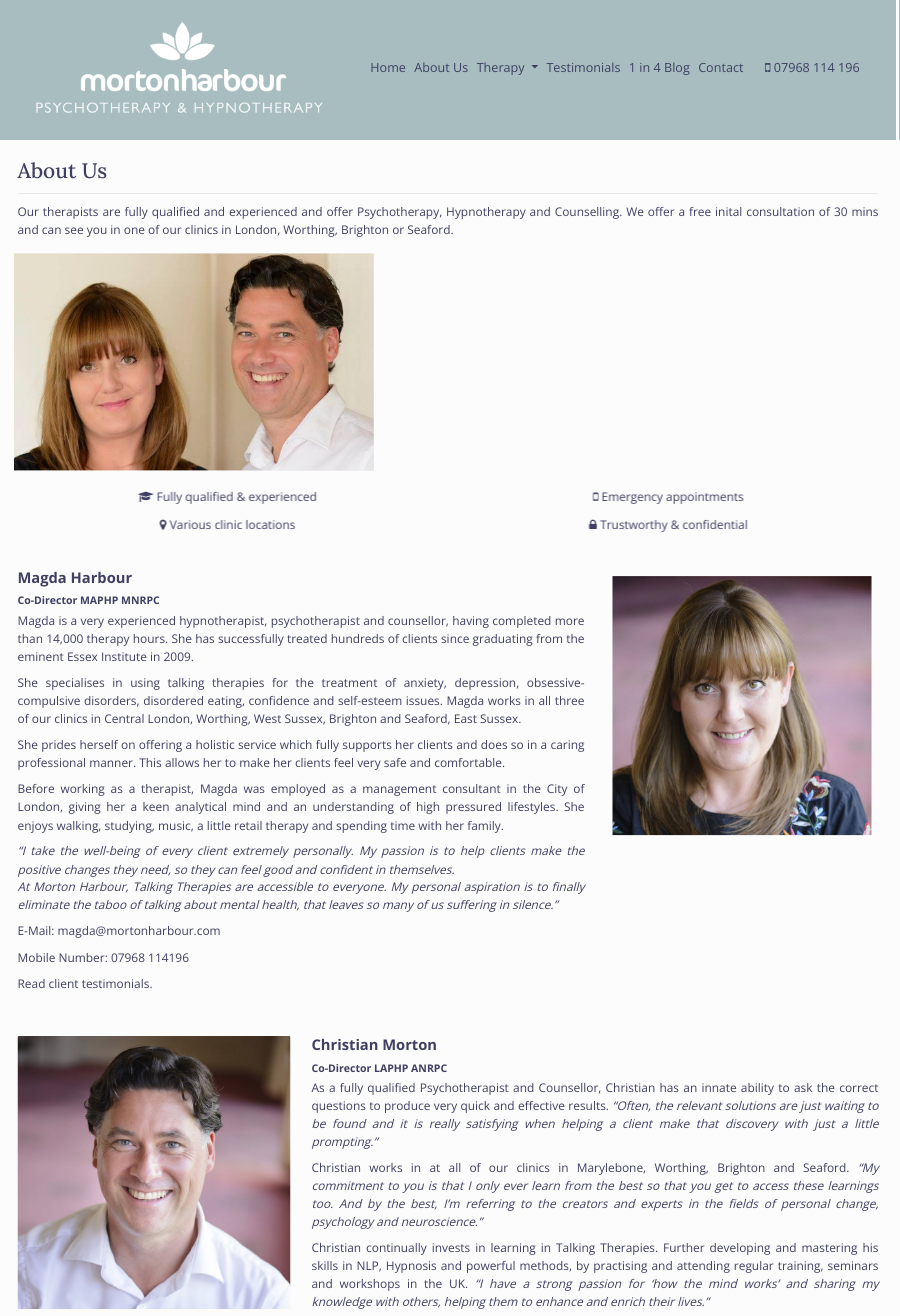
Repository: Code-Institute-Submissions/mortonharbour
Page: about us.html
The author's editor kept a record of every edit. The page is drawn from the files as they stood at one moment, then again after the next edit.
The browser window is 1280 px wide. The page is 1280 px wide, then 1285 px, so the pictures cover 1285 px, including what lies to the right of the window. The pictures show the part of the page from y = 0 to 1880 px (the page is 2616 px tall before and 2665 px after), at 70% of full size.
Some web libraries are served in a nearby version.

Above is the page before.

### about us.html
<!DOCTYPE html>
<html lang="en">

<head>
    <meta charset="UTF-8">
    <meta name="viewport" content="width=device-width, initial-scale=1.0">
    <meta http-equiv="X-UA-Compatible" content="ie=edge">

    <!--Links to Bootstrap, JavaScript and FontAwesome cdn, customer style.css file-->
    <link rel="stylesheet" href="https://stackpath.bootstrapcdn.com/bootstrap/4.4.0/css/bootstrap.min.css" integrity="sha384-SI27wrMjH3ZZ89r4o+fGIJtnzkAnFs3E4qz9DIYioCQ5l9Rd/7UAa8DHcaL8jkWt" crossorigin="anonymous">
    <link rel="stylesheet" href="https://stackpath.bootstrapcdn.com/font-awesome/4.7.0/css/font-awesome.min.css" type="text/css" />
    <script src="https://code.jquery.com/jquery-3.2.1.slim.min.js" integrity="sha384-KJ3o2DKtIkvYIK3UENzmM7KCkRr/rE9/Qpg6aAZGJwFDMVNA/GpGFF93hXpG5KkN" crossorigin="anonymous"></script>
    <script src="https://cdnjs.cloudflare.com/ajax/libs/popper.js/1.11.0/umd/popper.min.js" integrity="sha384-b/U6ypiBEHpOf/4+1nzFpr53nxSS+GLCkfwBdFNTxtclqqenISfwAzpKaMNFNmj4" crossorigin="anonymous"></script>
    <script src="https://maxcdn.bootstrapcdn.com/bootstrap/4.0.0-beta/js/bootstrap.min.js" integrity="sha384-h0AbiXch4ZDo7tp9hKZ4TsHbi047NrKGLO3SEJAg45jXxnGIfYzk4Si90RDIqNm1" crossorigin="anonymous"></script>

    <link rel="stylesheet" href="assets/css/style.css" />

    <title>About Us</title>
</head>

<body>
    <header>
        <div class="container-fluid">
            <nav class="navbar navbar-expand-lg navbar-light">
                <a href="index.html" class="col-sm-4 logo"><span class="sr-only">Go to our home page</span></a>

                <button class="navbar-toggler" type="button" data-toggle="collapse" data-target="#navbarSupportedContent" aria-controls="navbarSupportedContent" aria-expanded="false" aria-label="Toggle navigation">
            <span class="navbar-toggler-icon"></span>
            </button>
                <div class="collapse navbar-collapse justify-content-end" id="navbarSupportedContent">
                    <ul class="navbar-nav">
                        <li class="nav-item active">
                            <a class="nav-link" href="index.html"><span class="sr-only">Go to our home page</span>Home</a>
                        </li>
                        <li class="nav-item active">
                            <a class="nav-link" href="about us.html"><span class="sr-only">Learn more about us</span>About Us</a>
                        </li>
                        <li class="nav-item dropdown">
                            <a class="nav-link dropdown-toggle" href="therapy.html" id="navbarDropdown" role="button" data-toggle="dropdown" aria-haspopup="true" aria-expanded="false">
                          Therapy
                        </a>
                            <div class="dropdown-menu" aria-labelledby="navbarDropdown">
                                <a class="dropdown-item" href="psychotherapy.html"><span class="sr-only">Find out about psychotherapy we offer</span>Psychotherapy</a>
                                <a class="dropdown-item" href="hypnotherapy.html"><span class="sr-only">Find out about hypnotherapy we offer</span>Hypnotherapy</a>
                                <a class="dropdown-item" href="emergency therapy.html"><span class="sr-only">Find out about the emergency appointments we can offer</span>Emergency Appointments</a>
                            </div>
                        </li>
                        <li class="nav-item active">
                            <a class="nav-link" href="testimonials.html"><span class="sr-only">Find out what our clients say</span>Testimonials</a>
                        </li>
                        <li class="nav-item active">
                            <a class="nav-link" href="1 in 4 blog.html"><span class="sr-only">1 in 4 Blog</span>1 in 4 Blog</a>
                        </li>
                        <li class="nav-item active">
                            <a class="nav-link" href="contact.html"><span class="sr-only">Contact Us</span>Contact</a>
                        </li>
                    </ul>
                </div>
                <span id="header-mobile"><a href="tel:#"><i class="fa fa-mobile" aria-hidden="true"></i>
                <span class="sr-only">Call us</span>07968 114 196</a>
                </span>
            </nav>
        </div>
    </header>

    <!--------------------------------------------------------------Main content-->

    <section class="main-content-text">
        <div class="row">
            <div class="col-sm-12 my-auto">
                <h1>About Us</h1>
                <hr>
                <p>Our therapists are fully qualified and experienced and offer Psychotherapy, Hypnotherapy and Counselling. We offer a free inital consultation of 30 mins and can see you in one of our clinics in London, Worthing, Brighton or Seaford.</p>
            </div>
            <div class="row">
            <div class="col-sm-6">
                <img src="assets/images/magda-christian.PNG" class="img-fluid mx-auto d-block magda-christian-img" alt="image of Magda and Christian">
                <span class="sr-only">Photo of Magda and Christian</span>
            </div>
            <div class="col-sm-3"></div>
            </div>
        </div>
        <!--------------------------------------------------------------Bullet points-->
        <div class="row text-center my-auto">
            <div class="col-sm-6 why-us-bullets hvr-shadow" data-toggle="collapse" data-target="#collapseText-one" aria-expanded="false" aria-controls="collapseText-one">
                <i class="fa fa-graduation-cap"></i> Fully qualified & experienced
                <div class="collapse collapse-bullets-one" id="collapseText-one">Magda and Christian both graduated from the esteemed Essex Institute (EICH Brighton Ltd) and are members of the Association for Professional Hypnosis and Psychotherapy and The National Register of Psychotherapists and Counsellors. Together
                    they have over 18 years of experience as qualified therapists. Magda is also registered with the Complementary and Natural Healthcare Council.
                </div>
            </div>
            <div class="col-sm-6 why-us-bullets hvr-shadow" data-toggle="collapse" data-target="#collapseText-two" aria-expanded="false" aria-controls="collapseText-two">
                <i class="fa fa-mobile"></i> Emergency appointments
                <div class="collapse collapse-bullets-two" id="collapseText-two">We offer Emergency Therapy by phone. Perhaps you are feeling anxious and it will be a while before you will see anyone due to long waiting lists via the NHS, you have outstanding questions after a visit to the doctor’s, or simply just
                    need some friendly and caring support or advice right now.
                </div>
            </div>
        </div>
        <div class="row text-center my-auto ">
            <div class="col-sm-6 why-us-bullets hvr-shadow" data-toggle="collapse" data-target="#collapseText-three" aria-expanded="false" aria-controls="collapseText-three">
                <i class="fa fa-map-marker"></i> Various clinic locations
                <div class="collapse collapse-bullets-two" id="collapseText-three">We offer therapy at any one of our multiple locations in London, Worthing, Brighton and Seaford. We can also offer therapy via Skype, FaceTime or phone where suitable. Contact us for more information or to arrange a free, no obligation,
                    intial 30 mins consultation.
                </div>
            </div>
            <div class="col-sm-6 why-us-bullets hvr-shadow" data-toggle="collapse" data-target="#collapseText-four" aria-expanded="false" aria-controls="collapseText-four">
                <i class="fa fa-lock"></i> Trustworthy & confidential
                <div class="collapse collapse-bullets-one" id="collapseText-four">As members of the APHP, we are bound by their Code of Ethics. It is only possible to join the Association via an invitation or through training with an accredited hypnotherapy school, meaning that each member is known to have received
                    thorough training in hypnosis and hypnotherapy and is competent and conscientious.
                    <p>As with all registered professional therapists we are fully covered by professional indemnity insurance.</p>
                </div>
            </div>
        </div>
        <!--------------------------------------------------------------End of Bullet points-->
    </section>
    <!--------------------------------------------------------------End of main content-->

    <!--------------------------------------------------------------Therapist profiles-->

    <section class="main-content-text">
        <div class="row">
            <div class="col-sm-8">
                <h3><b>Magda Harbour</b></h3>
                <h5><b>Co-Director MAPHP MNRPC</b></h5>
                <p>Magda is a very experienced hypnotherapist, psychotherapist and counsellor, having completed more than 14,000 therapy hours. She has successfully treated hundreds of clients since graduating from the eminent Essex Institute in 2009.
                </p>
                <p>She specialises in using talking therapies for the treatment of anxiety, depression, obsessive-compulsive disorders, disordered eating, confidence and self-esteem issues. Magda works in all three of our clinics in Central London, Worthing,
                    West Sussex, Brighton and Seaford, East Sussex.</p>
                <p>She prides herself on offering a holistic service which fully supports her clients and does so in a caring professional manner. This allows her to make her clients feel very safe and comfortable.</p>
                <p>Before working as a therapist, Magda was employed as a management consultant in the City of London, giving her a keen analytical mind and an understanding of high pressured lifestyles. She enjoys walking, studying, music, a little retail
                    therapy and spending time with her family.</p>
                <p><em>“I take the well-being of every client extremely personally. My passion is to help clients make the positive changes they need, so they can feel
                        good and confident in themselves.</br>At Morton Harbour, Talking Therapies are accessible to everyone. My personal aspiration is to finally eliminate the taboo of talking about mental health, that leaves so many of us suffering in
                        silence.”</em></p>
                <p>E-Mail: <a href="mailto:# " class="card-links "><span class="sr-only">Email Magda</span>magda@mortonharbour.com</a></p>
                <p>Mobile Number: <a href="tel:# " class="card-links "><span class="sr-only">Call Magda</span>07968 114196</a></p>
                <p>Read client <a href="testimonials.html " class="card-links "><span class="sr-only">Read what our clients say</span>testimonials</a>.</p>
            </div>
            <div class="col-sm-4 order-first order-sm-1">
                <img src="assets/images/magda-square.png" class="img-fluid" alt="Photo of Magda Harbour">
                <span class="sr-only">Photo of Magda</span>
            </div>
        </div>
    </section>
    <section class="main-content-text">
        <div class="row">
            <div class="col-sm-4">
                <img src="assets/images/christian-square.png" class="card-img-top" alt="Photo of Christian">
                <span class="sr-only">Photo of Christian</span>
            </div>
            <div class="col-sm-8">
                <h3><b>Christian Morton</b></h3>
                <h5><b>Co-Director LAPHP ANRPC</b></h5>
                <p>As a fully qualified Psychotherapist and Counsellor, Christian has an innate ability to ask the correct questions to produce very quick and effective results. <em>“Often, the relevant solutions are just waiting to
                        be found and it is really satisfying when helping a client make that discovery with just a little prompting.”</em></p>
                <p>Christian works in at all of our clinics in Marylebone, Worthing, Brighton and Seaford. <em>“My commitment to you is that I only ever learn from the best so that you get to access these learnings too. And by the best, I’m referring to the creators and experts in the fields of personal change, psychology and neuroscience.”</em></p>
                <p>Christian continually invests in learning in Talking Therapies. Further developing and mastering his skills in NLP, Hypnosis and powerful methods, by practising and attending regular training, seminars and workshops in the UK.
                    <em>“I have a strong passion for ‘how the mind works’ and sharing my knowledge with others, helping them to enhance and enrich their lives.”</em></p>
                <p>Christian has been responsible for delivering high-end health care solutions for the last twenty years. As manager of a large health care provider, he understood the importance of using psychology to help his clients, relatives and staff
                    in creating a caring environment. An initial journalistic grounding gave him a sharp investigative mind which he finds extremely useful.</p>
                <p>Christian enjoys spending time with his family, reading and most sports.</p>
                <p>E-Mail: <a href="mailto:# " class="card-links "><span class="sr-only">Email Christian</span>christian@mortonharbour.com</a></p>
                <p>Mobile Number: <a href="tel:# " class="card-links "><span class="sr-only">Call Christian</span>07808 523787</a></p>
                <p>Read client <a href="testimonials.html " class="card-links "><span class="sr-only">Read what our clients say</span>testimonials</a>.</p>
            </div>
        </div>
    </section>

    <!--------------------------------------------------------------End of Therapist profiles-->

    <!------------------------------------------------------------<Newsletter Sign Up-->
    <section>
        <div class="card testimonial-cards-rose newsletter-signup">
            <form action="#" method="post">
                <div class="div">
                    <h3><b>Sign up to our Newsletter</b></h3>
                    <p>For the latest news straight from the therapy room</p>
                </div>
                <fieldset>
                    <input type="text" name="Name" placeholder="First Name" id="first-name" required/>
                    <input type="text" name="Surname" placeholder="Last Name" id="last-name" required/>
                    <input type="email" name="Email" placeholder="Email Address" id="email-address" required/></br>
                </fieldset>
                <input type="button" value="Sign Up" id="submit-button" data-toggle="modal" data-target="#newsletterModal" />
            </form>
        </div>
        <div class="modal fade" id="newsletterModal" tabindex="-1" role="dialog" aria-labelledby="newsletterModalLabel" aria-hidden="true">
            <div class="modal-dialog" role="document">
                <div class="modal-content">
                    <div class="modal-body">
                        <p>Thank you for siging up to our newsletter.</br>
                            We have sent you an email to confirm your subscription.</p>
                        <button type="button" class="btn btn-secondary" data-dismiss="modal">Close</button>
                    </div>
                </div>
            </div>
        </div>
        </div>
    </section>
    <!------------------------------------------------------------<End of Newsletter Sign Up-->

    <footer class="container-fluid">
        <div class="row">
            <div class="col-sm-12">
                <ul class="list-inline text-center social-media-icons">
                    <li class="list-inline-item">
                        <a target="_blank" href="https://www.facebook.com/MortonHarbour/">
                            <i class="fa fa-facebook" aria-hidden="true"></i>
                            <span class="sr-only">Facebook opens in a new window</span>
                        </a>
                    </li>
                    <li class="list-inline-item">
                        <a target="_blank" href="https://twitter.com/mortonharbour">
                            <i class="fa fa-twitter" aria-hidden="true"></i>
                            <span class="sr-only">Twitter opens in a new window</span>
                        </a>
                    </li>
                    <li class="list-inline-item">
                        <a target="_blank" href="https://www.instagram.com/morton_harbour/">
                            <i class="fa fa-instagram" aria-hidden="true"></i>
                            <span class="sr-only">Instagram opens in a new window</span>
                        </a>
                    </li>
                    <li class="list-inline-item">
                        <a target="_blank" href="https://www.linkedin.com/in/magda-harbour-maphp-51b590b4/">
                            <i class="fa fa-linkedin" aria-hidden="true"></i>
                            <span class="sr-only">LinkedIn opens in a new window></span>
                        </a>
                    </li>
                </ul>
            </div>
        </div>
        <div class="row">
            <a href="https://www.aphp.co.uk/" target="_blank" class="col-sm-4 aphp-logo">
                <span class="sr-only">Visit the APHP website, opens in new window</span>
            </a>
            <a href="https://www.nrpc.co.uk/" target="_blank" class="col-sm-4 nrpc-logo">
                <span class="sr-only">Visit the NRPC website, opens in new window</span>
            </a>
            <a href="index.html" class="col-sm-4 footer-logo">
                <span class="sr-only">Go to our home page</span>
            </a>
        </div>
        <div class="row footer-end">
            <div class="col-sm-4 text-center footer-end-item">
                <a href="privacy policy.html" target="_blank"><span class="sr-only">Please read our privacy policy, opens in new window</span>Privacy Policy</a>
            </div>
            <div class="col-sm-4 text-center">
                <p><i class="fa fa-copyright" aria-hidden="true"></i> 2019 Copyright: Morton Harbour Ltd</p>
            </div>
            <div class="div col-sm-4 text-center footer-end-item">
                <address><a href="tel:+01323652332">01323 652332 | <span class="sr-only">contact number</span></a><a href="mailto:#">contact@mortonharbour.com
                    <span class="sr-only">email address</span>
                </a>
                </address>
            </div>
        </div>
    </footer>
</body>

</html>

Loaded but not shown: assets/css/style.css (594 lines, source omitted)

After the next edit:
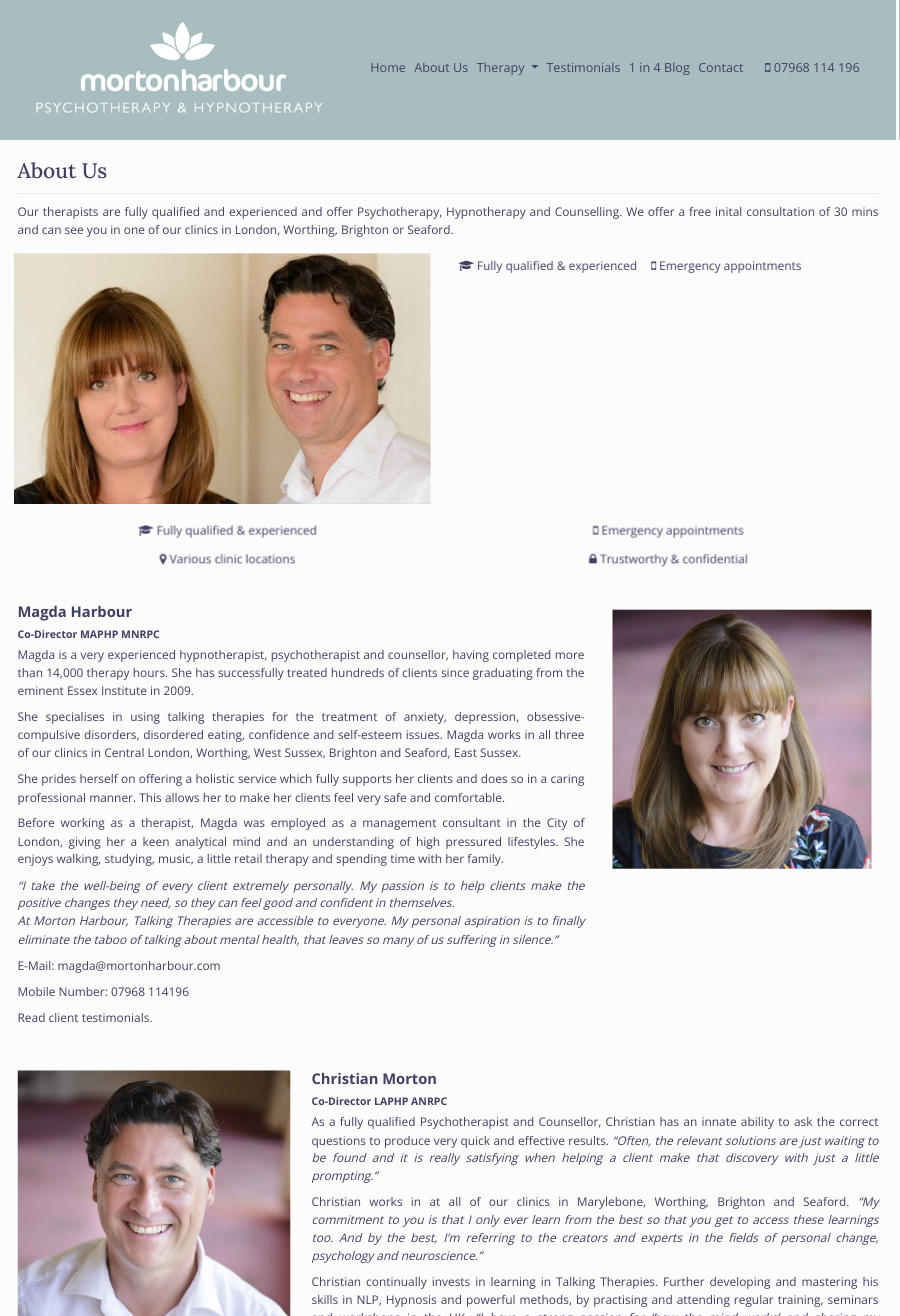
The edit:
--- a/about us.html
+++ b/about us.html
@@ -73,11 +73,24 @@
                 <p>Our therapists are fully qualified and experienced and offer Psychotherapy, Hypnotherapy and Counselling. We offer a free inital consultation of 30 mins and can see you in one of our clinics in London, Worthing, Brighton or Seaford.</p>
             </div>
             <div class="row">
-            <div class="col-sm-6">
-                <img src="assets/images/magda-christian.PNG" class="img-fluid mx-auto d-block magda-christian-img" alt="image of Magda and Christian">
-                <span class="sr-only">Photo of Magda and Christian</span>
-            </div>
-            <div class="col-sm-3"></div>
+                <div class="col-sm-6">
+                    <img src="assets/images/magda-christian.PNG" class="img-fluid mx-auto d-block magda-christian-img" alt="image of Magda and Christian">
+                    <span class="sr-only">Photo of Magda and Christian</span>
+                </div>
+                <div class="col-sm-6">
+                    <div class="why-us-bullets hvr-shadow" data-toggle="collapse" data-target="#collapseText-one" aria-expanded="false" aria-controls="collapseText-one">
+                        <i class="fa fa-graduation-cap"></i> Fully qualified & experienced
+                        <div class="collapse collapse-bullets-one" id="collapseText-one">Magda and Christian both graduated from the esteemed Essex Institute (EICH Brighton Ltd) and are members of the Association for Professional Hypnosis and Psychotherapy and The National Register of Psychotherapists and Counsellors.
+                            Together they have over 18 years of experience as qualified therapists. Magda is also registered with the Complementary and Natural Healthcare Council.
+                        </div>
+                    </div>
+                    <div class="col-sm-6 why-us-bullets hvr-shadow" data-toggle="collapse" data-target="#collapseText-two" aria-expanded="false" aria-controls="collapseText-two">
+                        <i class="fa fa-mobile"></i> Emergency appointments
+                        <div class="collapse collapse-bullets-two" id="collapseText-two">We offer Emergency Therapy by phone. Perhaps you are feeling anxious and it will be a while before you will see anyone due to long waiting lists via the NHS, you have outstanding questions after a visit to the doctor’s, or simply
+                            just need some friendly and caring support or advice right now.
+                        </div>
+                    </div>
+                </div>
             </div>
         </div>
         <!--------------------------------------------------------------Bullet points-->
